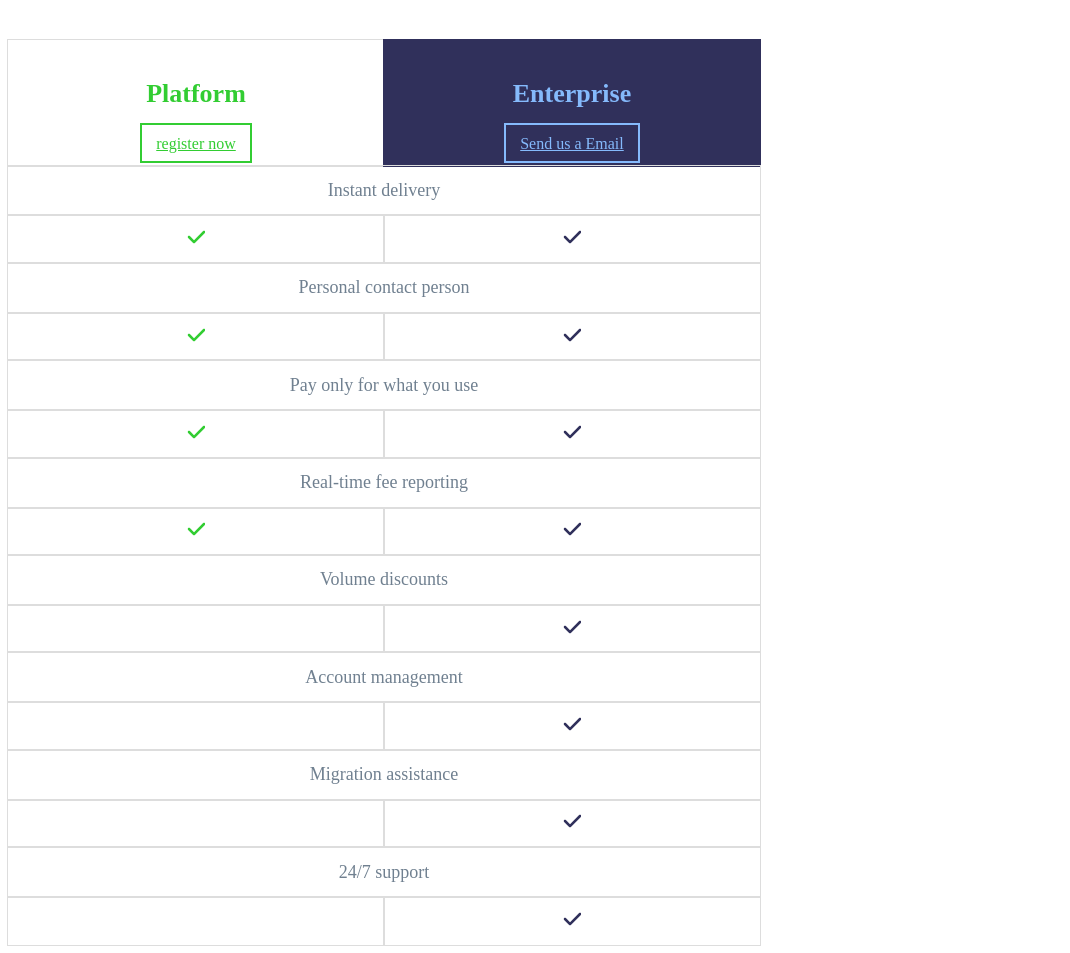
Repository: darlino/gotyu_shopify_section
Page: gotyu_table210223/index.html
The author's editor kept a copy of each file at every save. The page is drawn from the files as they stood at one save, then again after the next save.
The browser window is 768 px wide. The page is 768 px wide, then 1070 px, so the pictures cover 1070 px, including what lies to the right of the window. The pictures show the whole page.

Above is the page before, as saved 2023-02-21 12:12:28.

### gotyu_table210223/index.html
<!DOCTYPE html>
<html lang="en">
  <head>
    <meta charset="UTF-8" />
    <meta http-equiv="X-UA-Compatible" content="IE=edge" />
    <meta name="viewport" content="width=device-width, initial-scale=1.0" />
    <title>Document</title>
    <link rel="stylesheet" href="style.css" />
    <link rel="preconnect" href="https://fonts.googleapis.com" />
    <link rel="preconnect" href="https://fonts.gstatic.com" crossorigin />
    <link
      href="https://fonts.googleapis.com/css2?family=Montserrat&display=swap"
      rel="stylesheet"
    />
  </head>
  <body>
    <section id="table210223">
      <div class="table">
        <div class="table-cell"></div>
        <div class="table-cell plattform">
          <h3>Platform</h3>
          <a href="" class="btn">register now</a>
        </div>
        <div class="table-cell enterprise">
          <h3>Enterprise</h3>
          <a href="" class="btn">Send us a Email</a>
        </div>
        <div class="table-cell cell-feature">Instant delivery</div>
        <div class="table-cell">
          <svg
            width="18"
            height="18"
            viewBox="0 0 18 18"
            xmlns="http://www.w3.org/2000/svg"
          >
            <title>check_blue</title>
            <path
              d="M6.116 14.884c.488.488 1.28.488 1.768 0l10-10c.488-.488.488-1.28 0-1.768s-1.28-.488-1.768 0l-9.08 9.15-4.152-4.15c-.488-.488-1.28-.488-1.768 0s-.488 1.28 0 1.768l5 5z"
              fill="limegreen"
              fill-rule="evenodd"
            />
          </svg>
        </div>
        <div class="table-cell">
          <svg
            class="enterprise-check"
            width="18"
            height="18"
            viewBox="0 0 18 18"
            xmlns="http://www.w3.org/2000/svg"
          >
            <title>check_blue</title>
            <path
              d="M6.116 14.884c.488.488 1.28.488 1.768 0l10-10c.488-.488.488-1.28 0-1.768s-1.28-.488-1.768 0l-9.08 9.15-4.152-4.15c-.488-.488-1.28-.488-1.768 0s-.488 1.28 0 1.768l5 5z"
              fill="limegreen"
              fill-rule="evenodd"
            />
          </svg>
        </div>
        <div class="table-cell cell-feature">Personal contact person</div>
        <div class="table-cell">
          <svg
            width="18"
            height="18"
            viewBox="0 0 18 18"
            xmlns="http://www.w3.org/2000/svg"
          >
            <title>check_blue</title>
            <path
              d="M6.116 14.884c.488.488 1.28.488 1.768 0l10-10c.488-.488.488-1.28 0-1.768s-1.28-.488-1.768 0l-9.08 9.15-4.152-4.15c-.488-.488-1.28-.488-1.768 0s-.488 1.28 0 1.768l5 5z"
              fill="limegreen"
              fill-rule="evenodd"
            />
          </svg>
        </div>
        <div class="table-cell">
          <svg
            class="enterprise-check"
            width="18"
            height="18"
            viewBox="0 0 18 18"
            xmlns="http://www.w3.org/2000/svg"
          >
            <title>check_blue</title>
            <path
              d="M6.116 14.884c.488.488 1.28.488 1.768 0l10-10c.488-.488.488-1.28 0-1.768s-1.28-.488-1.768 0l-9.08 9.15-4.152-4.15c-.488-.488-1.28-.488-1.768 0s-.488 1.28 0 1.768l5 5z"
              fill="limegreen"
              fill-rule="evenodd"
            />
          </svg>
        </div>
        <div class="table-cell cell-feature">Pay only for what you use</div>
        <div class="table-cell">
          <svg
            width="18"
            height="18"
            viewBox="0 0 18 18"
            xmlns="http://www.w3.org/2000/svg"
          >
            <title>check_blue</title>
            <path
              d="M6.116 14.884c.488.488 1.28.488 1.768 0l10-10c.488-.488.488-1.28 0-1.768s-1.28-.488-1.768 0l-9.08 9.15-4.152-4.15c-.488-.488-1.28-.488-1.768 0s-.488 1.28 0 1.768l5 5z"
              fill="limegreen"
              fill-rule="evenodd"
            />
          </svg>
        </div>
        <div class="table-cell">
          <svg
            class="enterprise-check"
            width="18"
            height="18"
            viewBox="0 0 18 18"
            xmlns="http://www.w3.org/2000/svg"
          >
            <title>check_blue</title>
            <path
              d="M6.116 14.884c.488.488 1.28.488 1.768 0l10-10c.488-.488.488-1.28 0-1.768s-1.28-.488-1.768 0l-9.08 9.15-4.152-4.15c-.488-.488-1.28-.488-1.768 0s-.488 1.28 0 1.768l5 5z"
              fill="limegreen"
              fill-rule="evenodd"
            />
          </svg>
        </div>
        <div class="table-cell cell-feature">Real-time fee reporting</div>
        <div class="table-cell">
          <svg
            width="18"
            height="18"
            viewBox="0 0 18 18"
            xmlns="http://www.w3.org/2000/svg"
          >
            <title>check_blue</title>
            <path
              d="M6.116 14.884c.488.488 1.28.488 1.768 0l10-10c.488-.488.488-1.28 0-1.768s-1.28-.488-1.768 0l-9.08 9.15-4.152-4.15c-.488-.488-1.28-.488-1.768 0s-.488 1.28 0 1.768l5 5z"
              fill="limegreen"
              fill-rule="evenodd"
            />
          </svg>
        </div>
        <div class="table-cell">
          <svg
            class="enterprise-check"
            width="18"
            height="18"
            viewBox="0 0 18 18"
            xmlns="http://www.w3.org/2000/svg"
          >
            <title>check_blue</title>
            <path
              d="M6.116 14.884c.488.488 1.28.488 1.768 0l10-10c.488-.488.488-1.28 0-1.768s-1.28-.488-1.768 0l-9.08 9.15-4.152-4.15c-.488-.488-1.28-.488-1.768 0s-.488 1.28 0 1.768l5 5z"
              fill="limegreen"
              fill-rule="evenodd"
            />
          </svg>
        </div>
        <div class="table-cell cell-feature">Volume discounts</div>
        <div class="table-cell"></div>
        <div class="table-cell">
          <svg
            class="enterprise-check"
            width="18"
            height="18"
            viewBox="0 0 18 18"
            xmlns="http://www.w3.org/2000/svg"
          >
            <title>check_blue</title>
            <path
              d="M6.116 14.884c.488.488 1.28.488 1.768 0l10-10c.488-.488.488-1.28 0-1.768s-1.28-.488-1.768 0l-9.08 9.15-4.152-4.15c-.488-.488-1.28-.488-1.768 0s-.488 1.28 0 1.768l5 5z"
              fill="limegreen"
            />
          </svg>
        </div>
        <div class="table-cell cell-feature">Account management</div>
        <div class="table-cell"></div>
        <div class="table-cell">
          <svg
            class="enterprise-check"
            width="18"
            height="18"
            viewBox="0 0 18 18"
            xmlns="http://www.w3.org/2000/svg"
          >
            <title>check_blue</title>
            <path
              d="M6.116 14.884c.488.488 1.28.488 1.768 0l10-10c.488-.488.488-1.28 0-1.768s-1.28-.488-1.768 0l-9.08 9.15-4.152-4.15c-.488-.488-1.28-.488-1.768 0s-.488 1.28 0 1.768l5 5z"
              fill="limegreen"
              fill-rule="evenodd"
            />
          </svg>
        </div>
        <div class="table-cell cell-feature">Migration assistance</div>
        <div class="table-cell"></div>
        <div class="table-cell">
          <svg
            class="enterprise-check"
            width="18"
            height="18"
            viewBox="0 0 18 18"
            xmlns="http://www.w3.org/2000/svg"
          >
            <title>check_blue</title>
            <path
              d="M6.116 14.884c.488.488 1.28.488 1.768 0l10-10c.488-.488.488-1.28 0-1.768s-1.28-.488-1.768 0l-9.08 9.15-4.152-4.15c-.488-.488-1.28-.488-1.768 0s-.488 1.28 0 1.768l5 5z"
              fill="limegreen"
              fill-rule="evenodd"
            />
          </svg>
        </div>
        <div class="table-cell cell-feature">24/7 support</div>
        <div class="table-cell"></div>
        <div class="table-cell">
          <svg
            class="enterprise-check"
            width="18"
            height="18"
            viewBox="0 0 18 18"
            xmlns="http://www.w3.org/2000/svg"
          >
            <title>check_blue</title>
            <path
              d="M6.116 14.884c.488.488 1.28.488 1.768 0l10-10c.488-.488.488-1.28 0-1.768s-1.28-.488-1.768 0l-9.08 9.15-4.152-4.15c-.488-.488-1.28-.488-1.768 0s-.488 1.28 0 1.768l5 5z"
              fill="limegreen"
              fill-rule="evenodd"
            />
          </svg>
        </div>
      </div>
    </section>
  </body>
</html>

### gotyu_table210223/style.css
@mixin border-radius($radius) {
  -webkit-border-radius: $radius;
  -moz-border-radius: $radius;
  -ms-border-radius: $radius;
  border-radius: $radius;
}

@mixin transition($args...) {
  -webkit-transition: $args;
  -moz-transition: $args;
  -ms-transition: $args;
  -o-transition: $args;
  transition: $args;
}

body {
  color: slategray;
}

.table {
  display: flex;
  flex-wrap: wrap;
  margin: 0 auto;
  padding: 2rem 0rem 0rem 0rem;
  max-width: 1100px;
}

.table-cell {
  box-sizing: border-box;
  flex-grow: 1;
  width: 100%;
  padding: 0.8em 1.2em;
  overflow: hidden;
  list-style-type: none;
  outline: 1px solid #ddd;
  text-align: center;
  font-weight: 300;
  margin: {
    top: 1px;
    left: 1px;
  }
  &:first-child {
    outline: 1px solid #fff;
    background: transparent;
    @media only screen and (max-width: 768px) {
      display: none;
    }
  }
  &:nth-child(3) {
    outline: 1px solid #30305b;
  }
  &:nth-child(-n + 3) {
    padding: {
      top: 40px;
      bottom: 40px;
    }
  }
  > h3 {
    font-size: 26px;
    margin: {
      top: 0;
      bottom: 3rem;
    }
  }
  &.cell-feature {
    text-align: left;
    font-size: 18px;
  }
  &.plattform {
    color: limegreen;
    a.btn {
      color: limegreen;
      &:hover {
        background-color: limegreen;
        border-color: limegreen;
        color: white;
      }
    }
  }
  &.enterprise {
    background-color: #30305b;
    color: #85bafc;
    a.btn {
      color: #85bafc;
      &:hover {
        background-color: #85bafc;
        border-color: #85bafc;
        color: #30305b;
      }
    }
  }
}

/* Table columns
================================== */
.table-cell {
  width: calc(33.33% - 1px);
  &.cell-feature {
    @media only screen and (max-width: 768px) {
      width: 100%;
      text-align: center;
    }
  }
}

svg.enterprise-check path {
  fill: #30305b !important;
}

a.btn {
  border: 2px solid;
  padding: 0.6rem 0.9rem 0.6rem 0.9rem;
  font-weight: 400;
  text: {
    transform: uppercase;
    decoration: none;
  }
  @include transition(0.2s ease-in-out);
  @include border-radius(0.3rem);
}

After the next save:
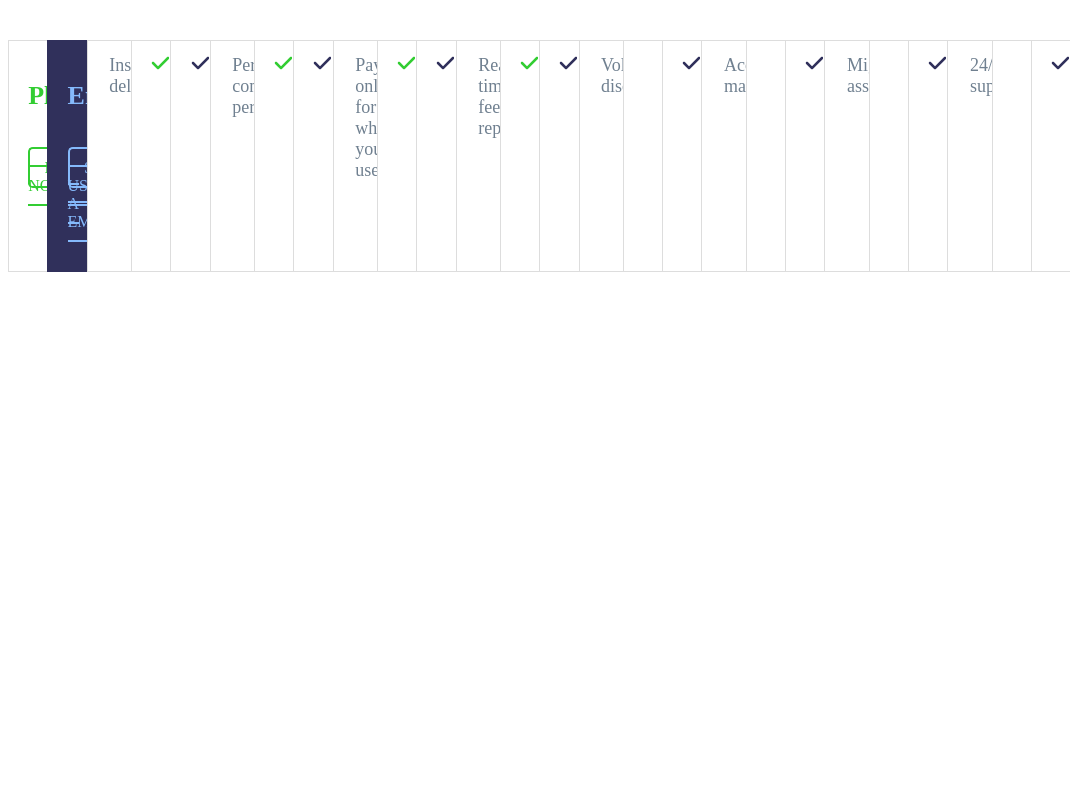
Saved 111 s later.
--- a/gotyu_table210223/style.css
+++ b/gotyu_table210223/style.css
@@ -1,25 +1,10 @@
-@mixin border-radius($radius) {
-  -webkit-border-radius: $radius;
-  -moz-border-radius: $radius;
-  -ms-border-radius: $radius;
-  border-radius: $radius;
-}
-
-@mixin transition($args...) {
-  -webkit-transition: $args;
-  -moz-transition: $args;
-  -ms-transition: $args;
-  -o-transition: $args;
-  transition: $args;
-}
-
 body {
   color: slategray;
 }
 
 .table {
   display: flex;
-  flex-wrap: wrap;
+  flex-wrap: row;
   margin: 0 auto;
   padding: 2rem 0rem 0rem 0rem;
   max-width: 1100px;
@@ -35,71 +20,67 @@ body {
   outline: 1px solid #ddd;
   text-align: center;
   font-weight: 300;
-  margin: {
-    top: 1px;
-    left: 1px;
+  margin-top: 1px;
+  margin-left: 1px;
+}
+.table-cell:first-child {
+  outline: 1px solid #fff;
+  background: transparent;
+}
+@media only screen and (max-width: 768px) {
+  .table-cell:first-child {
+    display: none;
   }
-  &:first-child {
-    outline: 1px solid #fff;
-    background: transparent;
-    @media only screen and (max-width: 768px) {
-      display: none;
-    }
-  }
-  &:nth-child(3) {
-    outline: 1px solid #30305b;
-  }
-  &:nth-child(-n + 3) {
-    padding: {
-      top: 40px;
-      bottom: 40px;
-    }
-  }
-  > h3 {
-    font-size: 26px;
-    margin: {
-      top: 0;
-      bottom: 3rem;
-    }
-  }
-  &.cell-feature {
-    text-align: left;
-    font-size: 18px;
-  }
-  &.plattform {
-    color: limegreen;
-    a.btn {
-      color: limegreen;
-      &:hover {
-        background-color: limegreen;
-        border-color: limegreen;
-        color: white;
-      }
-    }
-  }
-  &.enterprise {
-    background-color: #30305b;
-    color: #85bafc;
-    a.btn {
-      color: #85bafc;
-      &:hover {
-        background-color: #85bafc;
-        border-color: #85bafc;
-        color: #30305b;
-      }
-    }
-  }
+}
+.table-cell:nth-child(3) {
+  outline: 1px solid #30305b;
+}
+.table-cell:nth-child(-n + 3) {
+  padding-top: 40px;
+  padding-bottom: 40px;
+}
+.table-cell > h3 {
+  font-size: 26px;
+  margin-top: 0;
+  margin-bottom: 3rem;
+}
+.table-cell.cell-feature {
+  text-align: left;
+  font-size: 18px;
+}
+.table-cell.plattform {
+  color: limegreen;
+}
+.table-cell.plattform a.btn {
+  color: limegreen;
+}
+.table-cell.plattform a.btn:hover {
+  background-color: limegreen;
+  border-color: limegreen;
+  color: white;
+}
+.table-cell.enterprise {
+  background-color: #30305b;
+  color: #85bafc;
+}
+.table-cell.enterprise a.btn {
+  color: #85bafc;
+}
+.table-cell.enterprise a.btn:hover {
+  background-color: #85bafc;
+  border-color: #85bafc;
+  color: #30305b;
 }
 
 /* Table columns
 ================================== */
 .table-cell {
   width: calc(33.33% - 1px);
-  &.cell-feature {
-    @media only screen and (max-width: 768px) {
-      width: 100%;
-      text-align: center;
-    }
+}
+@media only screen and (max-width: 768px) {
+  .table-cell.cell-feature {
+    width: 100%;
+    text-align: center;
   }
 }
 
@@ -111,10 +92,8 @@ a.btn {
   border: 2px solid;
   padding: 0.6rem 0.9rem 0.6rem 0.9rem;
   font-weight: 400;
-  text: {
-    transform: uppercase;
-    decoration: none;
-  }
-  @include transition(0.2s ease-in-out);
-  @include border-radius(0.3rem);
-}
+  text-transform: uppercase;
+  text-decoration: none;
+  transition: 0.2s ease-in-out;
+  border-radius: 0.3rem;
+} /*# sourceMappingURL=style.css.map */
